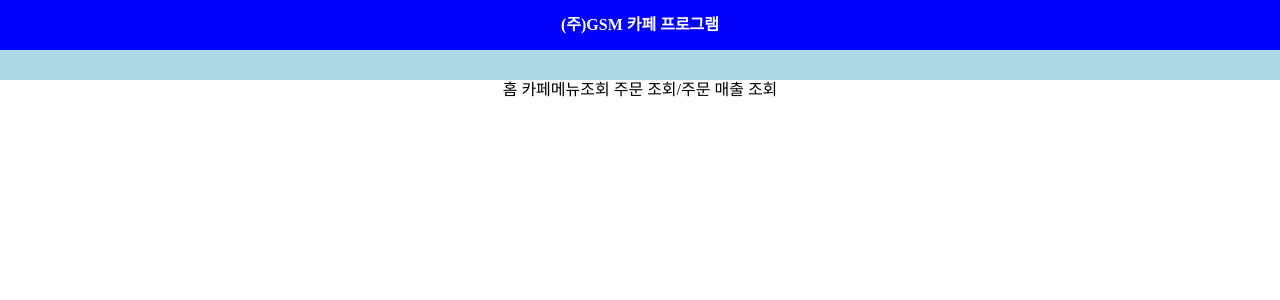
Repository: jiye-stingray/JSP
Page: http://localhost/Cafe/
These files come from the project's save history. The page is drawn as it stood at one moment and after the next save; the edit follows.
The browser window is 1280 px wide. The pictures show the whole page.
The page is served by Tomcat 9. Other server files are loaded and not shown.

Above is the page before, as saved 2022-09-22 10:52:34.

### WithMIRA/Cafe/src/main/webapp/index.jsp
<%@ page language="java" contentType="text/html; charset=UTF-8"
    pageEncoding="UTF-8"%>
<!DOCTYPE html>
<html>
<head>
<meta charset="UTF-8">
<title>Insert title here</title>
</head>
<body>
<header style = "position:fixed; top: 0; left:0; width: 100%; height: 50px; text-align: center;
line-height: 50px; background-color: blue; color: white;">
<b> (주)GSM 카페 프로그램 </b>
</header>

<nav style = "position: fixed; top: 50px; left:0; height: 30px; width: 100%; text-align: center; line-height: 80px; background-color: lightblue;
">
홈
카페메뉴조회
주문 조회/주문
매출 조회

</nav>

</body>
</html>

After the next save:
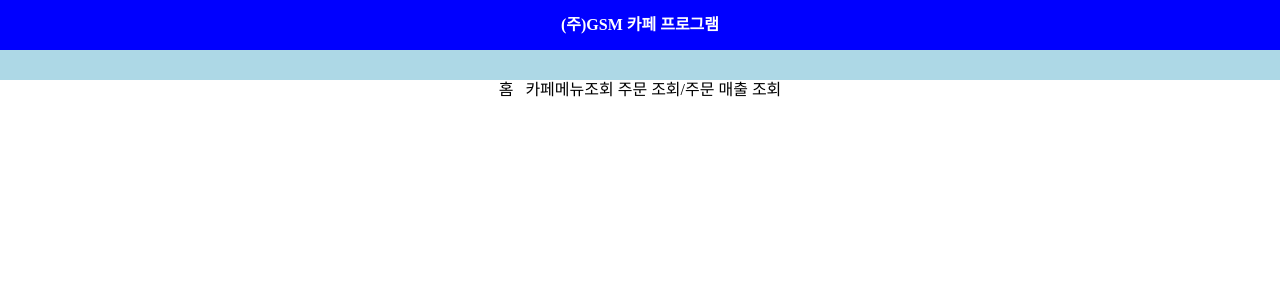
Saved 23 s later.
--- a/WithMIRA/Cafe/src/main/webapp/index.jsp
+++ b/WithMIRA/Cafe/src/main/webapp/index.jsp
@@ -14,7 +14,7 @@ line-height: 50px; background-color: blue; color: white;">
 
 <nav style = "position: fixed; top: 50px; left:0; height: 30px; width: 100%; text-align: center; line-height: 80px; background-color: lightblue;
 ">
-홈
+홈 &nbsp;
 카페메뉴조회
 주문 조회/주문
 매출 조회
